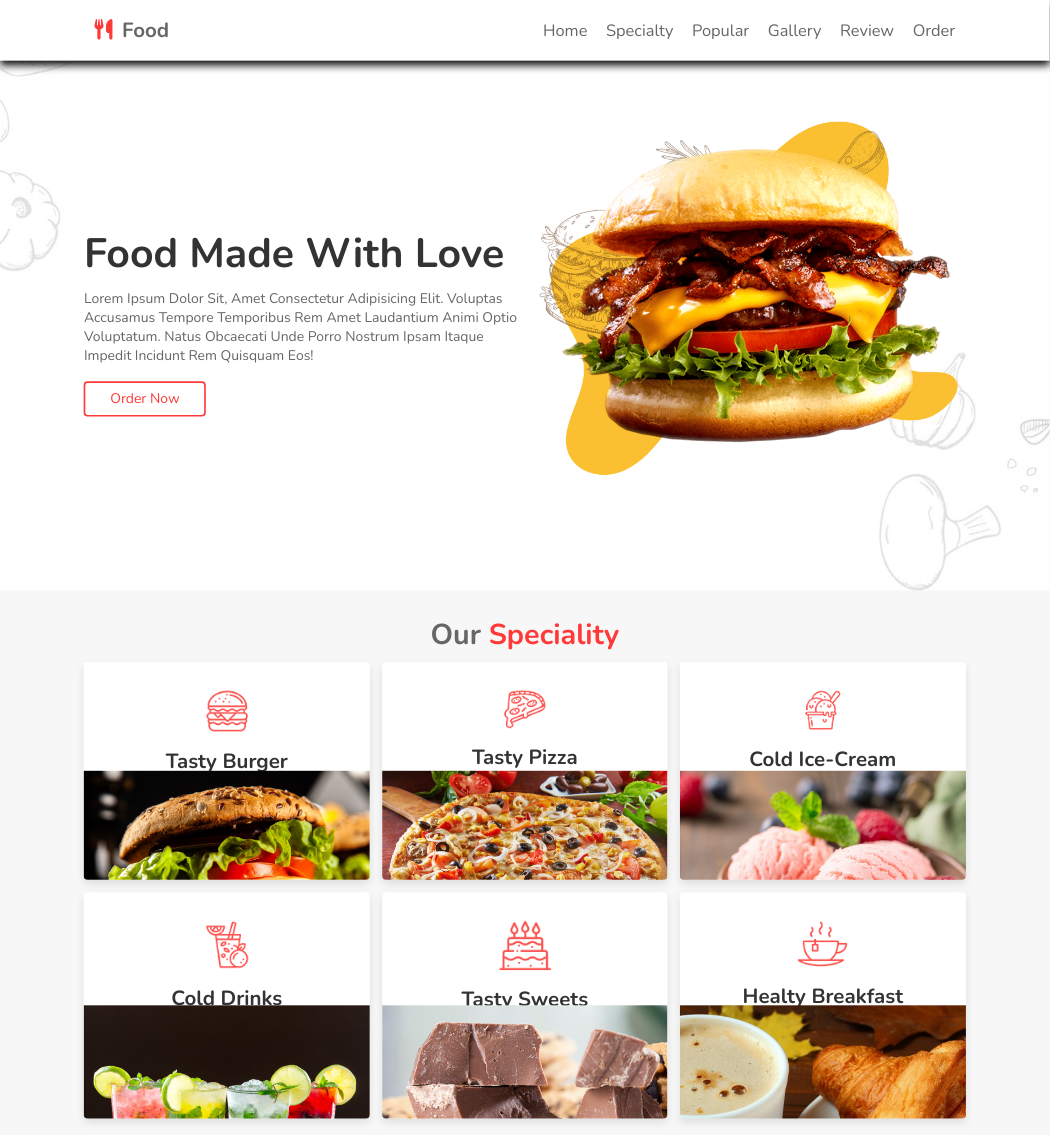
Repository: wenxi0504/ResturantApp-static-
Page: index.html
An editor plug-in stored every save of this project. The page is shown before and after the next save, followed by the edit.
The browser window is 1280 px wide. The pictures show the whole page, at 82% of full size.

Above is the page before, as saved 2022-01-09 23:52:34.
Console error: TypeError: Cannot read properties of null (reading 'classList')

### index.html
<!DOCTYPE html>
<html lang="en">
  <head>
    <meta charset="UTF-8" />
    <meta http-equiv="X-UA-Compatible" content="IE=edge" />
    <meta name="viewport" content="width=device-width, initial-scale=1.0" />
    <title>Maple Yip Seafood Restaurant</title>
    <!-- font awesome cnd link-->
    <link
      rel="stylesheet"
      href="https://cdnjs.cloudflare.com/ajax/libs/font-awesome/6.0.0-beta3/css/all.min.css"
    />
    <!--custom css link-->
    <link rel="stylesheet" href="./style.css" />
  </head>
  <body>
    <!--header section-->
    <header>
      <!-- current page-->
      <a href="#" class="logo"><i class="fas fa-utensils"></i> food </a>
      <div id="menu-bar" class="fas fa-bars"></div>
      <nav class="navbar">
        <a href="#home">Home</a>
        <a href="#speciality">Specialty</a>
        <a href="#popular">Popular</a>
        <a href="#gallery">gallery</a>
        <a href="#revire">Review</a>
        <a href="#order">Order</a>
      </nav>
    </header>
    <!-- header section ends-->
    <!--home section-->
    <section class="home" id="home">
      <div class="content">
        <h3>food made with love</h3>
        <p>
          Lorem ipsum dolor sit, amet consectetur adipisicing elit. Voluptas
          accusamus tempore temporibus rem amet laudantium animi optio
          voluptatum. Natus obcaecati unde porro nostrum ipsam itaque impedit
          incidunt rem quisquam eos!
        </p>
        <a href="#" class="btn">order now</a>
      </div>
      <div class="image">
        <img src="images/home-img.png" alt="home-img" />
      </div>
    </section>
    <!--home section ends-->

<!--Specialty section -->
<section class="speciality" id="speciality">
    <h1 class="heading">Our <span>Speciality</span></h1>
    <div class="box-container">
        <div class="box">
            <img class="image" src="images/s-img-1.jpg" alt="s-image">
            <div class="content">
                <img src="images/s-1.png" alt="s-1">
                <h3>tasty burger</h3>
                <p>Lorem ipsum dolor sit amet consectetur adipisicing elit. Assumenda inventore neque amet ipsa tenetur voluptates aperiam tempore libero labore aut.</p>
            </div>
        </div>
        <div class="box">
            <img class="image" src="images/s-img-2.jpg" alt="">
            <div class="content">
                <img src="images/s-2.png" alt="">
                <h3>tasty pizza</h3>
                <p>Lorem ipsum dolor sit amet consectetur adipisicing elit. Assumenda inventore neque amet ipsa tenetur voluptates aperiam tempore libero labore aut.</p>
            </div>
        </div>
        <div class="box">
            <img class="image" src="images/s-img-3.jpg" alt="">
            <div class="content">
                <img src="images/s-3.png" alt="">
                <h3>cold ice-cream</h3>
                <p>Lorem ipsum dolor sit amet consectetur adipisicing elit. Assumenda inventore neque amet ipsa tenetur voluptates aperiam tempore libero labore aut.</p>
            </div>
        </div>
        <div class="box">
            <img class="image" src="images/s-img-4.jpg" alt="">
            <div class="content">
                <img src="images/s-4.png" alt="">
                <h3>cold drinks</h3>
                <p>Lorem ipsum dolor sit amet consectetur adipisicing elit. Assumenda inventore neque amet ipsa tenetur voluptates aperiam tempore libero labore aut.</p>
            </div>
        </div>
        <div class="box">
            <img class="image" src="images/s-img-5.jpg" alt="">
            <div class="content">
                <img src="images/s-5.png" alt="">
                <h3>tasty sweets</h3>
                <p>Lorem ipsum dolor sit amet consectetur adipisicing elit. Assumenda inventore neque amet ipsa tenetur voluptates aperiam tempore libero labore aut.</p>
            </div>
        </div>
        <div class="box">
            <img class="image" src="images/s-img-6.jpg" alt="">
            <div class="content">
                <img src="images/s-6.png" alt="">
                <h3>healty breakfast</h3>
                <p>Lorem ipsum dolor sit amet consectetur adipisicing elit. Assumenda inventore neque amet ipsa tenetur voluptates aperiam tempore libero labore aut.</p>
            </div>
        </div>
    </div>
</section>
<!--Specialty section ends-->
    <!--custom js file link-->
    <script src="script.js"></script>
  </body>
</html>

### style.css
@import url('https://fonts.googleapis.com/css2?family=Nunito:wght@200;300;400;600;700&display=swap');

:root{
--red:#ff3838;
}
 /* match everything */
*{
    font-family: 'Nunito', sans-serif;
    margin:0;
    padding:0;
    box-sizing:border-box;
    outline:none;
    border:none;
    text-decoration: none;
    /* text 大小写 */
    text-transform: capitalize;
    transition: all .2s linear;
}

/* the part that the user choose to highlight */
*::selection{
    background:var(--red);
    color:#fff;
  }

html{
    font-size: 62.5%;
    overflow-x: hidden;
    scroll-behavior: smooth;
    scroll-padding-top:6rem;
}

body{
    background: #f7f7f7;
}

header{
    position:fixed;
    top:0;
    left:0;
    right: 0;
    z-index:1000;
    display: flex;
    align-items: center;
    justify-content: space-between;
    background:#fff;
    padding:2rem 9%;
    box-shadow: 0 .5rem 1rem rgba(0,0,0,1);

}

header .logo{
    font-size:2.5rem;
    font-weight: bolder;
    color:#666;
}

header .logo i{
    padding-right: .5rem;
    color:var(--red);
}

header .navbar a{
    font-size: 2rem;
    margin-left: 2rem;
    color:#666;
  }

header .navbar a:hover{

    color:var(--red);
}

#menu-bar{

    font-size:3rem;
    cursor:pointer;
    color:#666;
    border:.1rem solid #666;
    border-radius: .3rem;
    padding:.5rem 1.5rem;
    display: none;
}
/* section part  */
section{
  padding: 2rem 8%;
}

.home{
  display:flex;
  flex-wrap: wrap;
  gap:1.5rem;
  min-height:100vh;
  align-items:center;
  background:url(./images/home-bg.jpg) no-repeat;
  background-size:cover;
  background-position: center;
}

.home .content{
  flex: 1 1 40rem;
  padding-top: 6.5rem;
}

.home .image{
  flex: 1 1 40rem;
}

/* image floating upside-down */
.home .image img{
  width:100%;
  padding:1rem;
  animation:float 3s linear infinite;
}

@keyframes float{
  0%, 100%{
    transform:translateY(0rem);
  }
  50%{
    transform:translateY(3rem);
  }
}

.home .content h3{
font-size: 5rem;
color:#333;
}

.home .content p{
  font-size: 1.7rem;
  color:#666;
  padding:1rem 0;
}

/* order button */
.btn{
  display: inline-block;
  padding:.8rem 3rem;
  border:.2rem solid var(--red);
  color:var(--red);
  cursor: pointer;
  font-size:1.7rem;
  border-radius:.5rem;
  position: relative;
  overflow: hidden;
  z-index: 0;
  margin-top: 1rem;
}

.btn::before{
  content: '';
  position: absolute;
  top:0; right: 0;
  width:0%;
  height:100%;
  background:var(--red);
  transition: .3s linear;
  z-index: -1;
}

.btn:hover::before{
  width:100%;
  left:0;
}

.btn:hover{
  color:#fff;
}

/* Speciality */
/* Our Speciality */
.heading{
  text-align:center;
  font-size:3.5rem;
  padding:1rem;
  color:#666
}

.heading span{
  color:var(--red);
}

.speciality .box-container{
  display: flex;
  flex-wrap: wrap;
  gap:1.5rem;
}

.speciality .box-container .box{
  flex:1 1 30rem;
  position: relative;
  overflow: hidden;
  box-shadow: 0 .5rem 1rem rgba(0,0,0,.1);
  cursor: pointer;
  border-radius:.5rem;

}

.speciality .box-container .box .image{
  height: 100%;
  width: 100%;
  object-fit: cover;
  position: absolute;
  top:50%;
  left:0;
}

.speciality .box-container .box .content{
  text-align: center;
  background:#fff;
  padding:2rem;
}

.speciality .box-container .box .content img{
  margin:1.5rem 0;
}

.speciality .box-container .box .content h3{
  font-size: 2.5rem;
  color:#333;
}

.speciality .box-container .box .content p{
  font-size: 1.6rem;
  color:#666;
  padding:1rem 0;
}

.speciality .box-container .box:hover .image{
  top:0;
}

.speciality .box-container .box:hover .content{
  transform: translateY(100%);
}





/* media queries for different devices */


@media(max-width:991px){

    html{
      font-size: 55%;
    }

    header{
      padding:2rem;
    }

    section{
      padding:2rem;
    }

  }

  @media(max-width:768px){

    #menu-bar{
      display: initial;
    }

    header .navbar{
      position: absolute;
      top:100%; left: 0; right:0;
      background: #f7f7f7;
      border-top: .1rem solid rgba(0,0,0,.1);
      clip-path: polygon(0 0, 100% 0, 100% 0%, 0 0);
    }

    header .navbar.active{
      clip-path: polygon(0 0, 100% 0, 100% 100%, 0% 100%);
    }

    header .navbar a{
      margin: 1.5rem;
      padding:1.5rem;
      display: block;
      border:.2rem solid rgba(0,0,0,.1);
      border-left:.5rem solid var(--red);
      background:#fff;

    }

  }


  @media(max-width:450px){

    html{
      font-size: 50%;
    }

    .order .row form .inputBox input{
      width:100%;}
    }

### script.js
let menu= document.querySelector('#menu-bar');
let navbar=document.querySelector('.navbar');

menu.onclick=()=>{
    // 'fa-time' is "X" icon
    menu.classList.toggle('fa-times');
    navbar.classList.toggle('active');
}

window.onscroll= () =>{
    menu.classList.remove('fa-times');
    navbar.classList.remove('active');

    if(window.scrollY>60)
    {
        document.querySelector('#scroll-top').classList.add('active');
    }
    else
    {   document.querySelector('#scroll-top').classList.remove('active');

    }
}

After the next save:
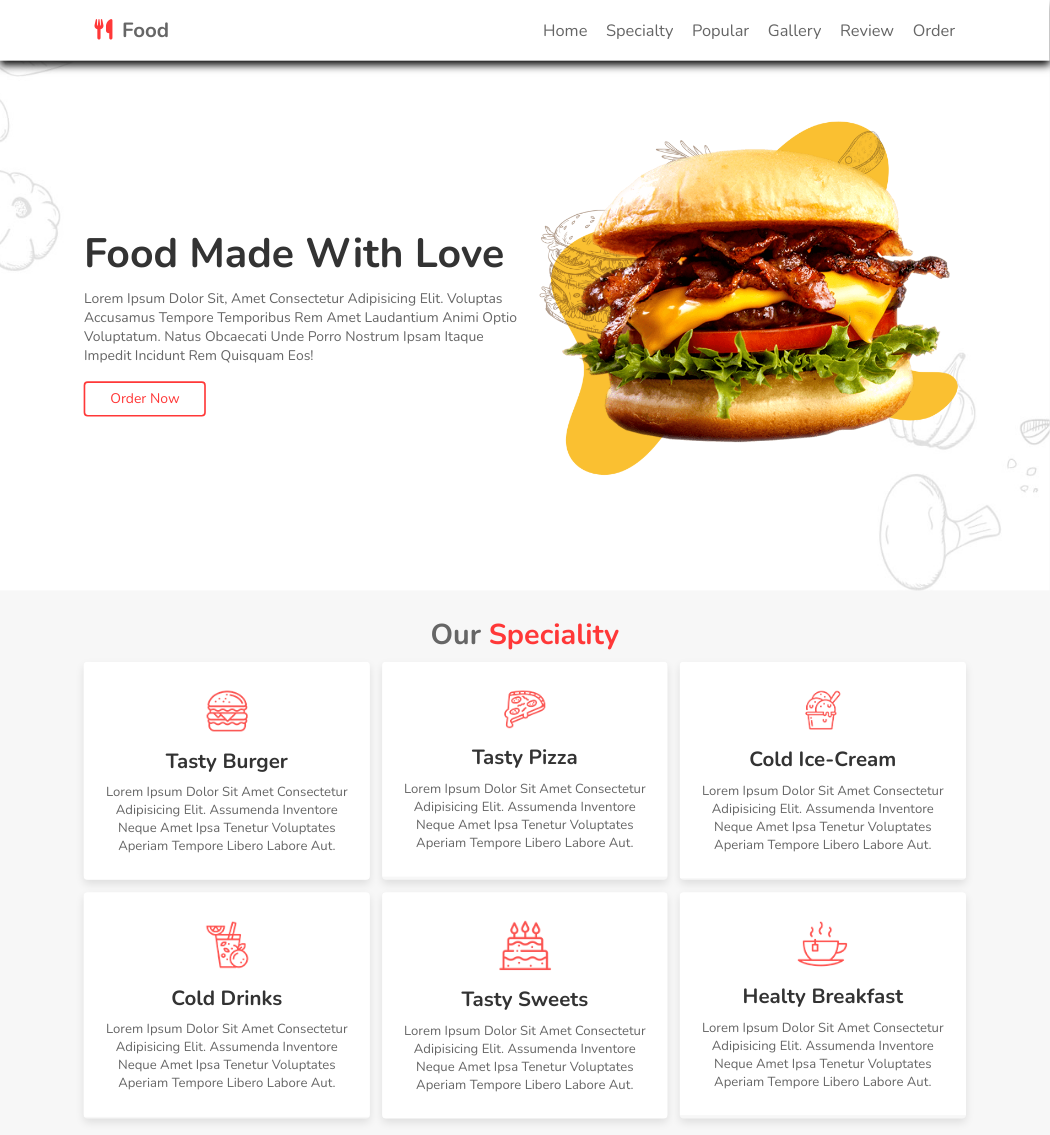
Saved 11 s later.
--- a/style.css
+++ b/style.css
@@ -202,7 +202,7 @@ color:#333;
   width: 100%;
   object-fit: cover;
   position: absolute;
-  top:50%;
+  top:-100%;
   left:0;
 }
 
